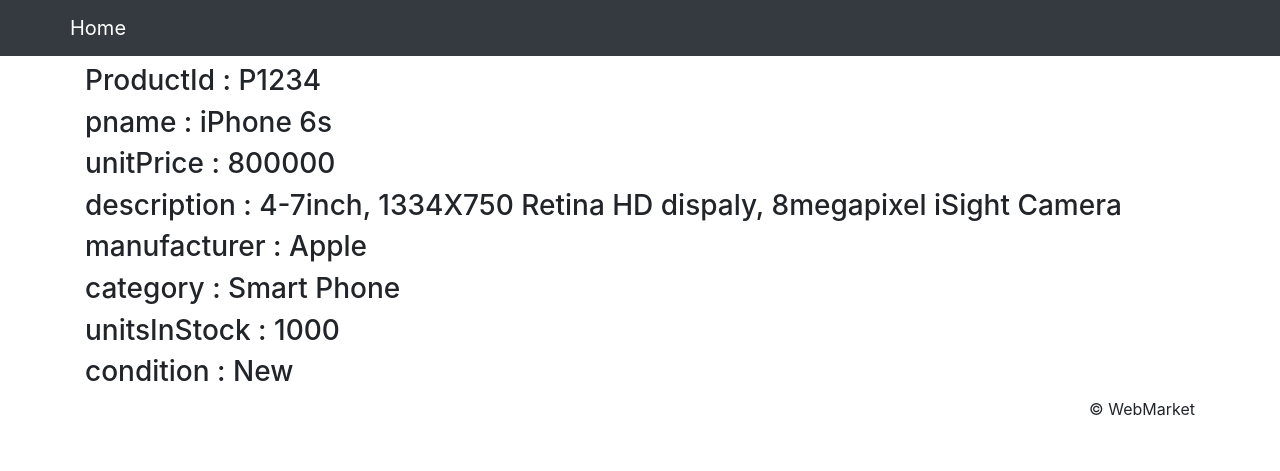
Repository: mi-ci/ai
Page: http://localhost/WebMarket/product.jsp?id=P1234
The author's editor kept a copy of each file at every save. The page is drawn from the files as they stood at one save, then again after the next save.
The browser window is 1280 px wide. The pictures show the whole page.
The page is served by Tomcat 9.

Above is the page before, as saved 2024-01-19 05:43:38.

### WebMarket/src/main/webapp/product.jsp
<%@ page import="java.util.ArrayList" %>
<%@ page import="dto.Product" %>

<%@ page language="java" contentType="text/html; charset=UTF-8"
    pageEncoding="UTF-8"%>
<!DOCTYPE html>
<html>
<head>
<meta charset="UTF-8">
<title>Insert title here</title>
</head>
<body>
	<jsp:include page="menu.jsp"></jsp:include>
	<jsp:useBean id="pr" class="dao.ProductRepository"></jsp:useBean>
	<%
		String id = request.getParameter("id");
		Product p = pr.getProductById(id);

	%>
	<h1></h1>
	<div class="container">
	<h3>ProductId : <%=p.getProductId() %></h3>
	<h3>pname : <%=p.getPname() %></h3>
	<h3>unitPrice : <%=p.getUnitPrice() %></h3>
	<h3>description : <%=p.getDescription() %></h3>
	<h3>manufacturer : <%=p.getManufacturer() %></h3>
	<h3>category : <%=p.getCategory() %></h3>
	<h3>unitsInStock : <%=p.getUnitsInStock() %></h3>
	<h3>condition : <%=p.getCondition() %></h3>
	</div>


	<jsp:include page="footer.jsp"></jsp:include>

</body>
</html>

### WebMarket/src/main/webapp/menu.jsp
<%@ page language="java" contentType="text/html; charset=UTF-8"
    pageEncoding="UTF-8"%>
<!DOCTYPE html>
<html>
<head>
<meta charset="UTF-8">
<title>Insert title here</title>
<link rel="stylesheet" href="https://cdn.jsdelivr.net/npm/bootstrap@4.0.0/dist/css/bootstrap.min.css" integrity="sha384-Gn5384xqQ1aoWXA+058RXPxPg6fy4IWvTNh0E263XmFcJlSAwiGgFAW/dAiS6JXm" crossorigin="anonymous">
</head>
<body>
	<nav class ="navbar navbar-expand navbar-dark bg-dark">
	 	<div class= "container">
	 		<div class = "navbar-header">
	 			<a class = "navbar-brand" href="welcome.jsp">Home</a>
	 		</div>
		</div>
	</nav>

</body>
</html>

### WebMarket/src/main/webapp/footer.jsp
<%@ page language="java" contentType="text/html; charset=UTF-8"
    pageEncoding="UTF-8"%>
<!DOCTYPE html>
<html>
<head>
<meta charset="UTF-8">
<title>Insert title here</title>
<link rel="stylesheet" href="https://cdn.jsdelivr.net/npm/bootstrap@4.0.0/dist/css/bootstrap.min.css" integrity="sha384-Gn5384xqQ1aoWXA+058RXPxPg6fy4IWvTNh0E263XmFcJlSAwiGgFAW/dAiS6JXm" crossorigin="anonymous">
</head>
<body>
	<footer class = "container text-right">
		<p>&copy; WebMarket </p>
	</footer>
</body>
</html>

### WebMarket/src/main/java/dao/ProductRepository.java
package dao;

import java.util.ArrayList;

import dto.Product;

public class ProductRepository {
	private ArrayList<Product> listOfProducts = new ArrayList<Product>();

	public ProductRepository() {
		Product phone = new Product("P1234", "iPhone 6s", 800000);
		phone.setDescription("4-7inch, 1334X750 Retina HD dispaly, 8megapixel iSight Camera");
		phone.setCategory("Smart Phone");
		phone.setManufacturer("Apple");
		phone.setUnitsInStock(1000);
		phone.setCondition("New");

		Product laptop = new Product("P1235", "LG PC 그램", 1500000);
		laptop.setDescription("13.3-inch, IPS LED display, 5rd Generation Intel Core Processor");
		laptop.setCategory("Laptop");
		laptop.setManufacturer("LG");
		laptop.setUnitsInStock(1000);
		laptop.setCondition("Refurbished");

		Product tablet = new Product("P1236", "Galaxy Tab S", 900000);
		tablet.setDescription("212.8*125.6*6.6mm, Super AMOLED display, Octa-Core Processor");
		tablet.setCategory("Tablet");
		tablet.setManufacturer("Samsung");
		tablet.setUnitsInStock(1000);
		tablet.setCondition("Old");

		listOfProducts.add(phone);
		listOfProducts.add(laptop);
		listOfProducts.add(tablet);

	}

	public ArrayList getLop(){
		return listOfProducts;
	}

	public Product getProductById(String productid) {
		Product productById = null;
		for(int i = 0; i< listOfProducts.size(); i++) {
			Product product = listOfProducts.get(i);
			if(product != null && product.getProductId() != null && product.getProductId().equals(productid)) {
				productById = product;
				break;
			}
		}
		return productById;
	}
}

### WebMarket/src/main/java/dto/Product.java
package dto;

import java.io.Serializable;

public class Product implements Serializable {

	private static final long serialVersionUID = -123456789012345678L;

	private String productId;
	private String pname;
	private Integer unitPrice;
	private String description;
	private String manufacturer;
	private String category;
	private long unitsInStock;
	private String condition;


	public Product() {
		// TODO Auto-generated constructor stub
	}


	public Product(String productId, String pname, Integer unitPrice) {
		this.productId = productId;
		this.pname = pname;
		this.unitPrice = unitPrice;
	}


	public String getProductId() {
		return productId;
	}


	public void setProductId(String productId) {
		this.productId = productId;
	}


	public String getPname() {
		return pname;
	}


	public void setPname(String pname) {
		this.pname = pname;
	}


	public Integer getUnitPrice() {
		return unitPrice;
	}


	public void setUnitPrice(Integer unitPrice) {
		this.unitPrice = unitPrice;
	}


	public String getDescription() {
		return description;
	}


	public void setDescription(String description) {
		this.description = description;
	}


	public String getManufacturer() {
		return manufacturer;
	}


	public void setManufacturer(String manufacturer) {
		this.manufacturer = manufacturer;
	}


	public String getCategory() {
		return category;
	}


	public void setCategory(String category) {
		this.category = category;
	}


	public long getUnitsInStock() {
		return unitsInStock;
	}


	public void setUnitsInStock(long unitsInStock) {
		this.unitsInStock = unitsInStock;
	}


	public String getCondition() {
		return condition;
	}


	public void setCondition(String condition) {
		this.condition = condition;
	}


}

After the next save:
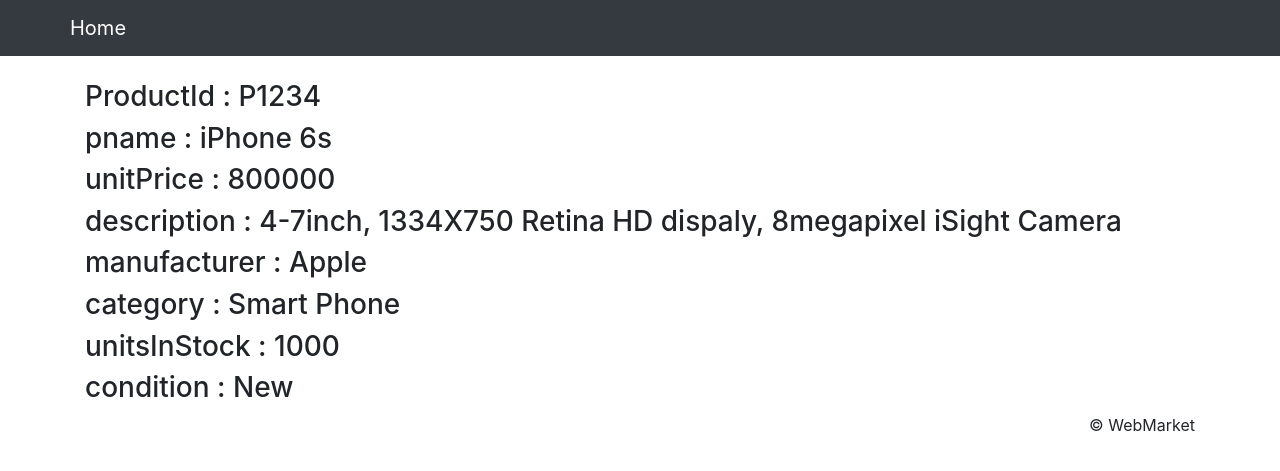
Saved 6 s later.
--- a/WebMarket/src/main/webapp/product.jsp
+++ b/WebMarket/src/main/webapp/product.jsp
@@ -17,7 +17,7 @@
 		Product p = pr.getProductById(id);
 
 	%>
-	<h1></h1>
+	<br>
 	<div class="container">
 	<h3>ProductId : <%=p.getProductId() %></h3>
 	<h3>pname : <%=p.getPname() %></h3>
